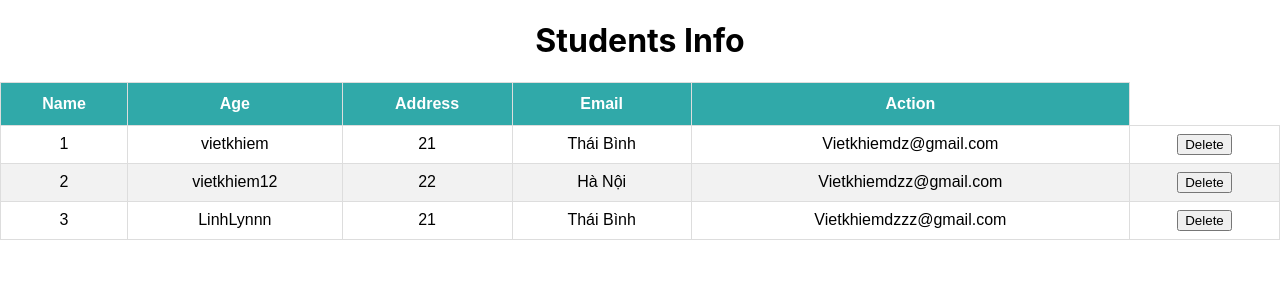
Repository: vietkhiem/TypeScript
Page: /
These files come from the project's save history. The page is drawn as it stood at one moment and after the next save; the edit follows.
The browser window is 1280 px wide. The pictures show the whole page.
The project was rebuilt for these pictures with package versions that can differ from the ones it lists, and the page was loaded fresh each time.

Above is the page before, as saved 2022-03-18 14:42:03.

After the next save:
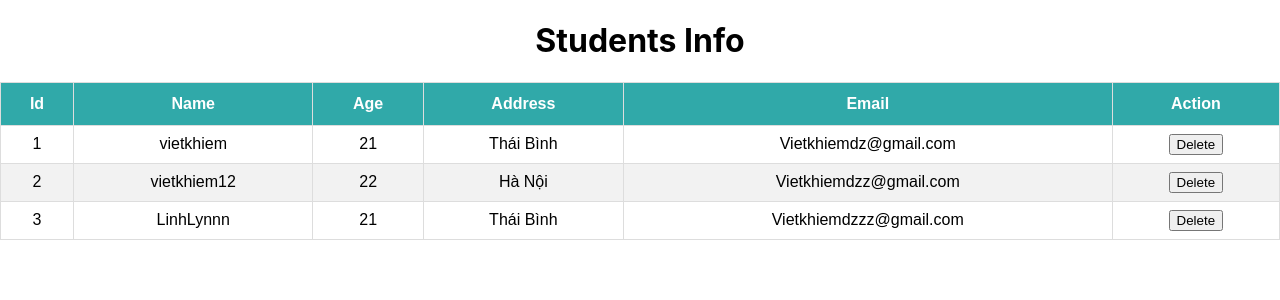
Saved 17 s later.
--- a/src/pages/table/index.tsx
+++ b/src/pages/table/index.tsx
@@ -15,6 +15,7 @@ function Table({rows} : TableProps) {
       <table className="customers">
           <thead>
               <tr>
+                <th>Id</th>
                 <th>Name</th>
                 <th>Age</th>
                 <th>Address</th>
